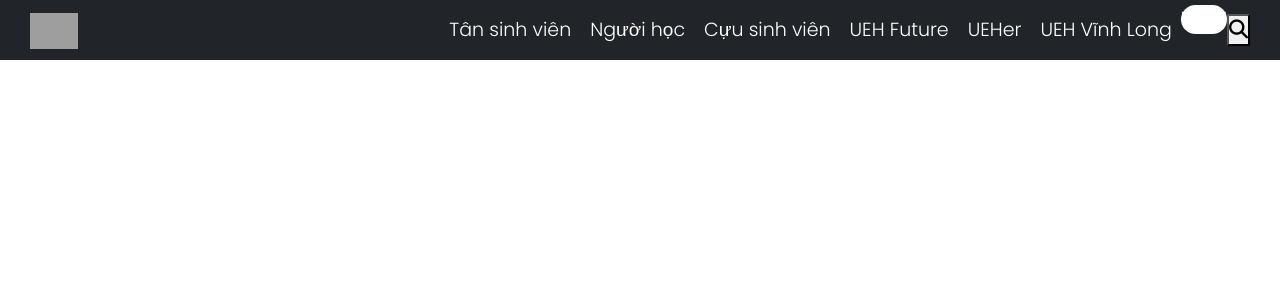
Repository: Jackietruong2805/frontends
Page: html css/ueh/index.html
These files come from the project's save history. The page is drawn as it stood at one moment and after the next save; the edit follows.
The browser window is 1280 px wide. The pictures show the whole page.
Pictures or frames that could not be fetched are drawn as grey boxes. Some web libraries are served in a nearby version.

Above is the page before, as saved 2022-06-17 10:02:15.

After the next save:
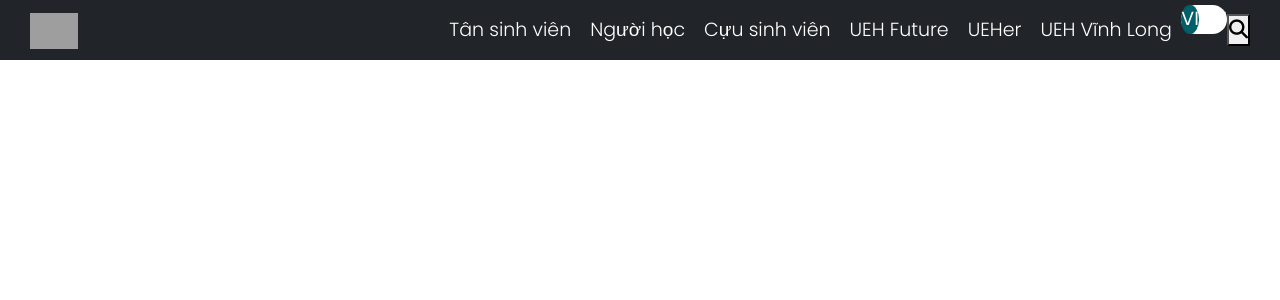
Saved 51 s later.
--- a/html css/ueh/css/index.css
+++ b/html css/ueh/css/index.css
@@ -40,7 +40,7 @@ html {
     border-radius: 20px
 }
 
-.button-cover vi {
+.button-cover .vi {
     display: inline-block;
     border-radius: 50%;
     background-color: rgb(0, 95, 105);
